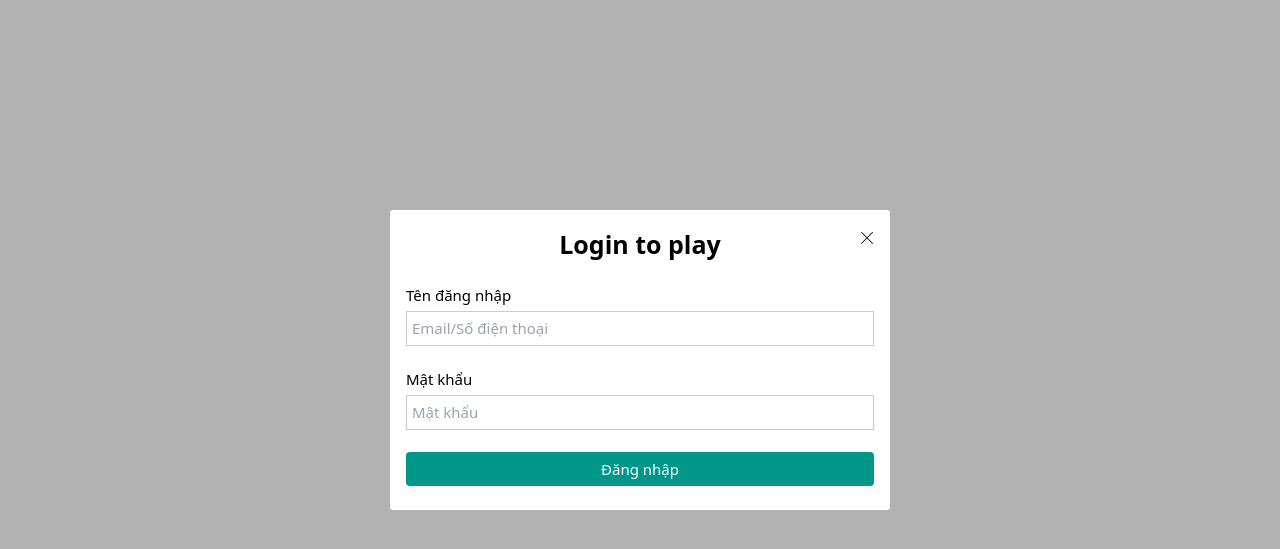
Repository: Teddy1705/demo_pj
Page: /
The author's editor kept a copy of each file at every save. The page is drawn from the files as they stood at one save, then again after the next save.
The browser window is 1280 px wide. The pictures show the whole page.
The pointer rests on the first visible `.auth-form__close`.
The project was rebuilt for these pictures with package versions that can differ from the ones it lists, and the page was loaded fresh each time. Also part of the build but not shown: vite.config.js.

Above is the page before, as saved 2024-04-16 10:26:12.

### index.html
<!DOCTYPE html>
<html lang="en">
  <head>
    <meta charset="UTF-8" />
    <link rel="icon" type="image/svg+xml" href="/vite.svg" />
    <meta name="viewport" content="width=device-width, initial-scale=1.0" />
    <title>Tic Tac Toe</title>
    <link rel="stylesheet" href="./src/index.css" />
    <link
      rel="stylesheet"
      href="./src/assets/themify-icons/themify-icons.css"
    />
  </head>
  <body>
    <div id="root"></div>
    <script type="module" src="/src/main.jsx"></script>
  </body>
</html>

### src/index.css
:root {
  --white-color: #fff;
  --black-color: #000;
}

/*
1. Prevent padding and border from affecting element width. (https://github.com/mozdevs/cssremedy/issues/4)
2. Allow adding a border to an element by just adding a border-width. (https://github.com/tailwindcss/tailwindcss/pull/116)
*/

*,
::before,
::after {
  box-sizing: border-box;
  /* 1 */
  border-width: 0;
  /* 2 */
  border-style: solid;
  /* 2 */
  border-color: #e5e7eb;
  /* 2 */
}

::before,
::after {
  --tw-content: "";
}

/*
1. Use a consistent sensible line-height in all browsers.
2. Prevent adjustments of font size after orientation changes in iOS.
3. Use a more readable tab size.
4. Use the user's configured `sans` font-family by default.
5. Use the user's configured `sans` font-feature-settings by default.
6. Use the user's configured `sans` font-variation-settings by default.
7. Disable tap highlights on iOS
*/

html,
:host {
  line-height: 1.5;
  /* 1 */
  -webkit-text-size-adjust: 100%;
  /* 2 */
  -moz-tab-size: 4;
  /* 3 */
  -o-tab-size: 4;
  tab-size: 4;
  /* 3 */
  font-family: ui-sans-serif, system-ui, sans-serif, "Apple Color Emoji",
    "Segoe UI Emoji", "Segoe UI Symbol", "Noto Color Emoji";
  /* 4 */
  font-feature-settings: normal;
  /* 5 */
  font-variation-settings: normal;
  /* 6 */
  -webkit-tap-highlight-color: transparent;
  /* 7 */
}

/*
1. Remove the margin in all browsers.
2. Inherit line-height from `html` so users can set them as a class directly on the `html` element.
*/

body {
  margin: 0;
  /* 1 */
  line-height: inherit;
  /* 2 */
}

/*
1. Add the correct height in Firefox.
2. Correct the inheritance of border color in Firefox. (https://bugzilla.mozilla.org/show_bug.cgi?id=190655)
3. Ensure horizontal rules are visible by default.
*/

hr {
  height: 0;
  /* 1 */
  color: inherit;
  /* 2 */
  border-top-width: 1px;
  /* 3 */
}

/*
Add the correct text decoration in Chrome, Edge, and Safari.
*/

abbr:where([title]) {
  -webkit-text-decoration: underline dotted;
  text-decoration: underline dotted;
}

/*
Remove the default font size and weight for headings.
*/

h1,
h2,
h3,
h4,
h5,
h6 {
  font-size: inherit;
  font-weight: inherit;
}

/*
Reset links to optimize for opt-in styling instead of opt-out.
*/

a {
  color: inherit;
  text-decoration: inherit;
}

/*
Add the correct font weight in Edge and Safari.
*/

b,
strong {
  font-weight: bolder;
}

/*
1. Use the user's configured `mono` font-family by default.
2. Use the user's configured `mono` font-feature-settings by default.
3. Use the user's configured `mono` font-variation-settings by default.
4. Correct the odd `em` font sizing in all browsers.
*/

code,
kbd,
samp,
pre {
  font-family: ui-monospace, SFMono-Regular, Menlo, Monaco, Consolas,
    "Liberation Mono", "Courier New", monospace;
  /* 1 */
  font-feature-settings: normal;
  /* 2 */
  font-variation-settings: normal;
  /* 3 */
  font-size: 1em;
  /* 4 */
}

/*
Add the correct font size in all browsers.
*/

small {
  font-size: 80%;
}

/*
Prevent `sub` and `sup` elements from affecting the line height in all browsers.
*/

sub,
sup {
  font-size: 75%;
  line-height: 0;
  position: relative;
  vertical-align: baseline;
}

sub {
  bottom: -0.25em;
}

sup {
  top: -0.5em;
}

/*
1. Remove text indentation from table contents in Chrome and Safari. (https://bugs.chromium.org/p/chromium/issues/detail?id=999088, https://bugs.webkit.org/show_bug.cgi?id=201297)
2. Correct table border color inheritance in all Chrome and Safari. (https://bugs.chromium.org/p/chromium/issues/detail?id=935729, https://bugs.webkit.org/show_bug.cgi?id=195016)
3. Remove gaps between table borders by default.
*/

table {
  text-indent: 0;
  /* 1 */
  border-color: inherit;
  /* 2 */
  border-collapse: collapse;
  /* 3 */
}

/*
1. Change the font styles in all browsers.
2. Remove the margin in Firefox and Safari.
3. Remove default padding in all browsers.
*/

button,
input,
optgroup,
select,
textarea {
  font-family: inherit;
  /* 1 */
  font-feature-settings: inherit;
  /* 1 */
  font-variation-settings: inherit;
  /* 1 */
  font-size: 100%;
  /* 1 */
  font-weight: inherit;
  /* 1 */
  line-height: inherit;
  /* 1 */
  letter-spacing: inherit;
  /* 1 */
  color: inherit;
  /* 1 */
  margin: 0;
  /* 2 */
  padding: 0;
  /* 3 */
}

/*
Remove the inheritance of text transform in Edge and Firefox.
*/

button,
select {
  text-transform: none;
}

/*
1. Correct the inability to style clickable types in iOS and Safari.
2. Remove default button styles.
*/

button,
input:where([type="button"]),
input:where([type="reset"]),
input:where([type="submit"]) {
  -webkit-appearance: button;
  /* 1 */
  background-color: transparent;
  /* 2 */
  background-image: none;
  /* 2 */
}

/*
Use the modern Firefox focus style for all focusable elements.
*/

:-moz-focusring {
  outline: auto;
}

/*
Remove the additional `:invalid` styles in Firefox. (https://github.com/mozilla/gecko-dev/blob/2f9eacd9d3d995c937b4251a5557d95d494c9be1/layout/style/res/forms.css#L728-L737)
*/

:-moz-ui-invalid {
  box-shadow: none;
}

/*
Add the correct vertical alignment in Chrome and Firefox.
*/

progress {
  vertical-align: baseline;
}

/*
Correct the cursor style of increment and decrement buttons in Safari.
*/

::-webkit-inner-spin-button,
::-webkit-outer-spin-button {
  height: auto;
}

/*
1. Correct the odd appearance in Chrome and Safari.
2. Correct the outline style in Safari.
*/

[type="search"] {
  -webkit-appearance: textfield;
  /* 1 */
  outline-offset: -2px;
  /* 2 */
}

/*
Remove the inner padding in Chrome and Safari on macOS.
*/

::-webkit-search-decoration {
  -webkit-appearance: none;
}

/*
1. Correct the inability to style clickable types in iOS and Safari.
2. Change font properties to `inherit` in Safari.
*/

::-webkit-file-upload-button {
  -webkit-appearance: button;
  /* 1 */
  font: inherit;
  /* 2 */
}

/*
Add the correct display in Chrome and Safari.
*/

summary {
  display: list-item;
}

/*
Removes the default spacing and border for appropriate elements.
*/

blockquote,
dl,
dd,
h1,
h2,
h3,
h4,
h5,
h6,
hr,
figure,
p,
pre {
  margin: 0;
}

fieldset {
  margin: 0;
  padding: 0;
}

legend {
  padding: 0;
}

ol,
ul,
menu {
  list-style: none;
  margin: 0;
  padding: 0;
}

/*
Reset default styling for dialogs.
*/

dialog {
  padding: 0;
}

/*
Prevent resizing textareas horizontally by default.
*/

textarea {
  resize: vertical;
}

/*
1. Reset the default placeholder opacity in Firefox. (https://github.com/tailwindlabs/tailwindcss/issues/3300)
2. Set the default placeholder color to the user's configured gray 400 color.
*/

input::-moz-placeholder,
textarea::-moz-placeholder {
  opacity: 1;
  /* 1 */
  color: #9ca3af;
  /* 2 */
}

input::placeholder,
textarea::placeholder {
  opacity: 1;
  /* 1 */
  color: #9ca3af;
  /* 2 */
}

/*
Set the default cursor for buttons.
*/

button,
[role="button"] {
  cursor: pointer;
}

/*
Make sure disabled buttons don't get the pointer cursor.
*/

:disabled {
  cursor: default;
}

/*
1. Make replaced elements `display: block` by default. (https://github.com/mozdevs/cssremedy/issues/14)
2. Add `vertical-align: middle` to align replaced elements more sensibly by default. (https://github.com/jensimmons/cssremedy/issues/14#issuecomment-634934210)
   This can trigger a poorly considered lint error in some tools but is included by design.
*/

img,
svg,
video,
canvas,
audio,
iframe,
embed,
object {
  display: block;
  /* 1 */
  vertical-align: middle;
  /* 2 */
}

/*
Constrain images and videos to the parent width and preserve their intrinsic aspect ratio. (https://github.com/mozdevs/cssremedy/issues/14)
*/

img,
video {
  max-width: 100%;
  height: auto;
}

/* Make elements with the HTML hidden attribute stay hidden by default */

[hidden] {
  display: none;
}

*,
::before,
::after {
  --tw-border-spacing-x: 0;
  --tw-border-spacing-y: 0;
  --tw-translate-x: 0;
  --tw-translate-y: 0;
  --tw-rotate: 0;
  --tw-skew-x: 0;
  --tw-skew-y: 0;
  --tw-scale-x: 1;
  --tw-scale-y: 1;
  --tw-pan-x: ;
  --tw-pan-y: ;
  --tw-pinch-zoom: ;
  --tw-scroll-snap-strictness: proximity;
  --tw-gradient-from-position: ;
  --tw-gradient-via-position: ;
  --tw-gradient-to-position: ;
  --tw-ordinal: ;
  --tw-slashed-zero: ;
  --tw-numeric-figure: ;
  --tw-numeric-spacing: ;
  --tw-numeric-fraction: ;
  --tw-ring-inset: ;
  --tw-ring-offset-width: 0px;
  --tw-ring-offset-color: #fff;
  --tw-ring-color: rgb(59 130 246 / 0.5);
  --tw-ring-offset-shadow: 0 0 #0000;
  --tw-ring-shadow: 0 0 #0000;
  --tw-shadow: 0 0 #0000;
  --tw-shadow-colored: 0 0 #0000;
  --tw-blur: ;
  --tw-brightness: ;
  --tw-contrast: ;
  --tw-grayscale: ;
  --tw-hue-rotate: ;
  --tw-invert: ;
  --tw-saturate: ;
  --tw-sepia: ;
  --tw-drop-shadow: ;
  --tw-backdrop-blur: ;
  --tw-backdrop-brightness: ;
  --tw-backdrop-contrast: ;
  --tw-backdrop-grayscale: ;
  --tw-backdrop-hue-rotate: ;
  --tw-backdrop-invert: ;
  --tw-backdrop-opacity: ;
  --tw-backdrop-saturate: ;
  --tw-backdrop-sepia: ;
  --tw-contain-size: ;
  --tw-contain-layout: ;
  --tw-contain-paint: ;
  --tw-contain-style: ;
}

::backdrop {
  --tw-border-spacing-x: 0;
  --tw-border-spacing-y: 0;
  --tw-translate-x: 0;
  --tw-translate-y: 0;
  --tw-rotate: 0;
  --tw-skew-x: 0;
  --tw-skew-y: 0;
  --tw-scale-x: 1;
  --tw-scale-y: 1;
  --tw-pan-x: ;
  --tw-pan-y: ;
  --tw-pinch-zoom: ;
  --tw-scroll-snap-strictness: proximity;
  --tw-gradient-from-position: ;
  --tw-gradient-via-position: ;
  --tw-gradient-to-position: ;
  --tw-ordinal: ;
  --tw-slashed-zero: ;
  --tw-numeric-figure: ;
  --tw-numeric-spacing: ;
  --tw-numeric-fraction: ;
  --tw-ring-inset: ;
  --tw-ring-offset-width: 0px;
  --tw-ring-offset-color: #fff;
  --tw-ring-color: rgb(59 130 246 / 0.5);
  --tw-ring-offset-shadow: 0 0 #0000;
  --tw-ring-shadow: 0 0 #0000;
  --tw-shadow: 0 0 #0000;
  --tw-shadow-colored: 0 0 #0000;
  --tw-blur: ;
  --tw-brightness: ;
  --tw-contrast: ;
  --tw-grayscale: ;
  --tw-hue-rotate: ;
  --tw-invert: ;
  --tw-saturate: ;
  --tw-sepia: ;
  --tw-drop-shadow: ;
  --tw-backdrop-blur: ;
  --tw-backdrop-brightness: ;
  --tw-backdrop-contrast: ;
  --tw-backdrop-grayscale: ;
  --tw-backdrop-hue-rotate: ;
  --tw-backdrop-invert: ;
  --tw-backdrop-opacity: ;
  --tw-backdrop-saturate: ;
  --tw-backdrop-sepia: ;
  --tw-contain-size: ;
  --tw-contain-layout: ;
  --tw-contain-paint: ;
  --tw-contain-style: ;
}

#modal {
  position: fixed;
  top: 0;
  right: 0;
  bottom: 0;
  left: 0;
  display: flex;
  align-items: center;
  justify-content: center;
}

#modal .modal__overlay {
  position: absolute;
  width: 100%;
  height: 100%;
  background-color: rgba(0, 0, 0, 0.3);
}

#modal .modal__body {
  position: relative;
  background-color: var(--white-color);
  margin: auto;
  width: 500px;
  min-height: 300px;
  padding: 16px;
  border-radius: 3px;
}

.auth-form {
}

.auth-form__heading {
  font-size: 25px;
  font-weight: 700;
  text-align: center;
  margin-bottom: 20px;
}

.auth-form__close {
  position: absolute;
  top: 0;
  right: 0;
  font-size: 14px;
  padding: 18px 16px;
}

.auth-form__info {
}

.auth-form__info-details {
}

.auth-form__label {
  display: block;
  font-size: 15px;
  font-weight: 500;
}

.auth-form__info-input {
  border: 1px solid #ccc;
  width: 100%;
  font-size: 15px;
  padding: 5px;
  margin: 5px 0 22px;
}

.auth-form__btn {
  width: 100%;
  background-color: #009688;
  color: #fff;
  font-size: 15px;
  padding: 6px;
  border-radius: 4px;
}

### src/main.jsx
import React from "react";
import ReactDOM from "react-dom/client";
import App from "./App.jsx";
import { createBrowserRouter, RouterProvider } from "react-router-dom";
import Root from "./routes/root";
import "./index.css";

const router = createBrowserRouter([
  {
    path: "/",
    element: <Root />,
  },
]);

ReactDOM.createRoot(document.getElementById("root")).render(
  <React.StrictMode>
    <RouterProvider router={router} />
    <App />
  </React.StrictMode>
);

### src/routes/root.jsx
export default function Root() {
  return (
    <>
      <div id="modal">
        <div className="modal__overlay"></div>
        <div className="modal__body">
          <div className="auth-form">
            <h1 className="auth-form__heading">Login to play</h1>
            <div className="auth-form__close">
              <i className="ti-close"></i>
            </div>
            <div className="auth-form__info">
              <div className="auth-form__info-details">
                <label htmlFor="" className="auth-form__label">
                  Tên đăng nhập
                </label>
                <input
                  type="text"
                  className="auth-form__info-input"
                  placeholder="Email/Số điện thoại"
                />
              </div>
              <div className="auth-form__info-details">
                <label htmlFor="" className="auth-form__label">
                  Mật khẩu
                </label>
                <input
                  type="password"
                  className="auth-form__info-input"
                  placeholder="Mật khẩu"
                />
              </div>
            </div>
            <button className="auth-form__btn">
              <a
                href={`https://codesandbox.io/s/q2z497?file=%2Fsrc%2FApp.js&utm_medium=sandpack`}
                className=""
              >
                Đăng nhập
              </a>
            </button>
          </div>
        </div>
      </div>
      <div id="detail"></div>
    </>
  );
}

Loaded but not shown: src/assets/themify-icons/themify-icons.css (common file); src/App.jsx (common file)

After the next save:
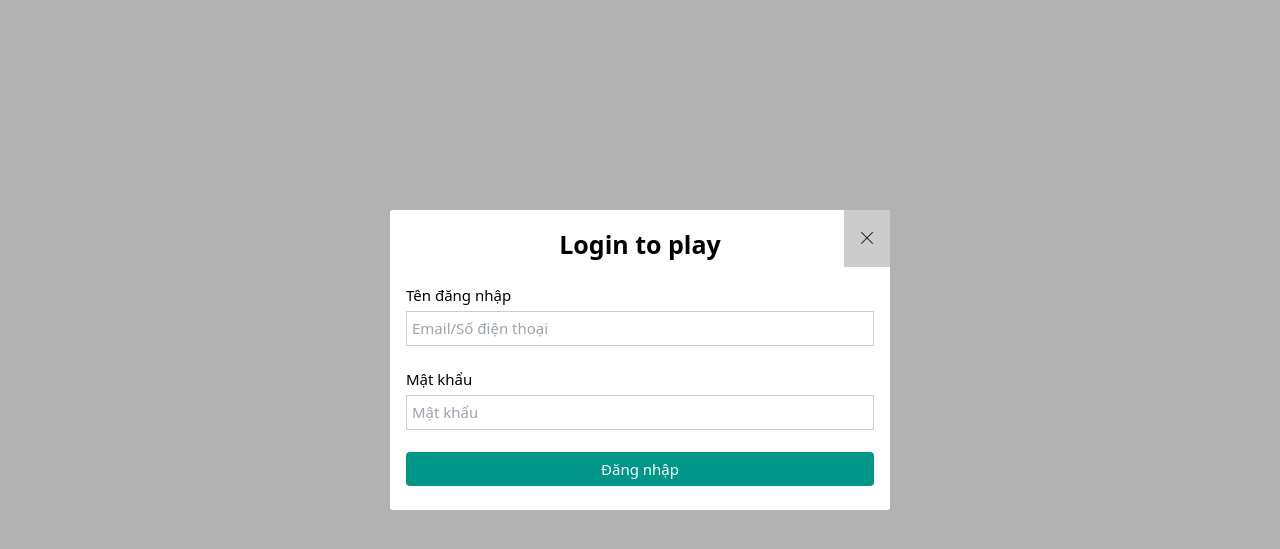
Saved 36 s later.
--- a/src/index.css
+++ b/src/index.css
@@ -606,6 +606,10 @@ video {
   padding: 18px 16px;
 }
 
+.auth-form__close:hover {
+  background-color: #ccc;
+}
+
 .auth-form__info {
 }
 
